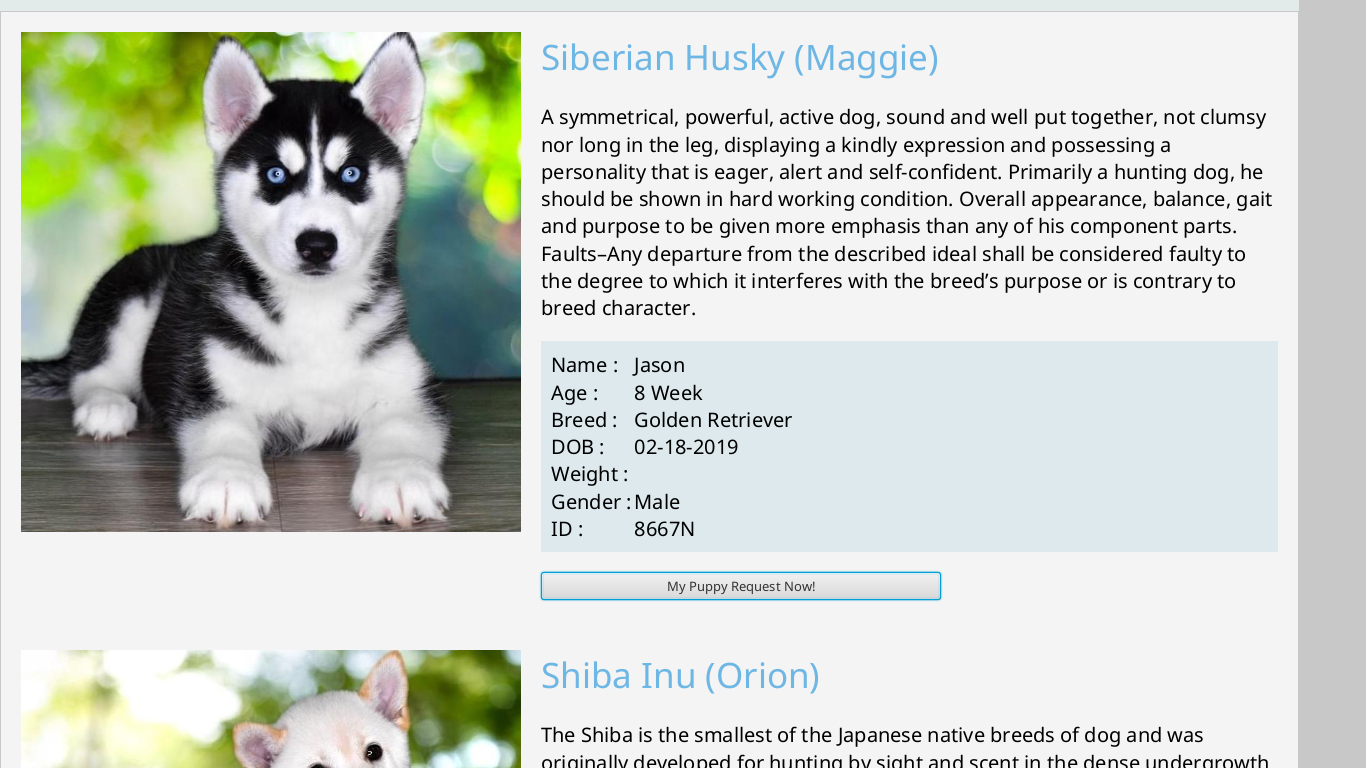
Repository: Cnibungco/CS2450
Program's window: java Assignment4/src/Nursery.java
An editor plug-in stored every save of this project. The program's window is shown before and after the next save, followed by the edit.
It runs on Java 21 on a 1366 x 768 screen with JavaFX 11; the title bar is not drawn. Parts beyond the screen are cut off. It also reads Assignment4/Pictures/dog1.jpg, Assignment4/Pictures/dog2.jpg.

Above is the program's window before, as saved 2019-05-05 18:30:18.

### Assignment4/src/Nursery.java
import javafx.application.Application;
import javafx.geometry.Insets;
import javafx.geometry.Pos;
import javafx.scene.Scene;
import javafx.stage.Stage;

import javafx.scene.layout.HBox;
import javafx.scene.layout.VBox;
import javafx.scene.text.Font;
import javafx.scene.text.Text;
import javafx.scene.control.Label;
import javafx.scene.control.Menu;
import javafx.scene.control.MenuBar;
import javafx.scene.control.MenuItem;
import javafx.scene.control.ScrollPane;
import javafx.scene.image.Image;
import javafx.scene.image.ImageView;
import javafx.scene.control.Button;


public class Nursery extends Application {

	private MenuBar menuBar;
	private Menu homeItem;
	private Menu aboutUs;
	private Menu dogsAvailable;
	private Menu gallery;
	private Menu contactUs;

	private MenuItem ranchHistory;
	private MenuItem kennels;
	private MenuItem puppies;
	private MenuItem adults;
	private MenuItem locationArea;
	private MenuItem map;

	public static void main(String[] args) {
		// TODO Auto-generated method stub
		launch(args);

	}

	@Override
	public void start(Stage primaryStage) throws Exception {
		// TODO Auto-generated method stub


		Label addressLabel = new Label("24083 SD HWY 50 CHAMBERLAIN, SD, 57325");
		addressLabel.setStyle("-fx-text-fill: white");
		Label emailLabel = new Label("mkwessel@hotmail.com");
		emailLabel.setStyle("-fx-text-fill: white");
		Label phoneLabel = new Label("1-605-680-3097");
		phoneLabel.setStyle("-fx-text-fill: white");

		HBox header1 = new HBox(20, phoneLabel, emailLabel, addressLabel);
		header1.setPadding(new Insets(10));
		header1.setAlignment(Pos.TOP_RIGHT);
		header1.setStyle("-fx-background-color:#7cbcbb");


		Label name1 = new Label("Siberians of");
		name1.setStyle("-fx-font-size:35; -fx-text-fill:#14265b");
		Label name2 = new Label("the Heartland");
		name2.setStyle("-fx-font-size:35; -fx-text-fill:#14265b");
		VBox nameVBox = new VBox(name1, name2);

		Button homeButton = new Button("Home");
		homeButton.setStyle("-fx-text-fill:#14265b");
		Button nurseryButton = new Button("Nursery");
		nurseryButton.setStyle("-fx-text-fill:#14265b");
		Button first8WeeksButton = new Button("First 8 Weeks");
		first8WeeksButton.setStyle("-fx-text-fill:#14265b");
		Button heartlandAdultsButton = new Button("Hearland Adults");
		heartlandAdultsButton.setStyle("-fx-text-fill:#14265b");
		Button adultsForSaleButton = new Button("Adults for Sale");
		adultsForSaleButton.setStyle("-fx-text-fill:#14265b");
		Button puppyGaleeryButton = new Button("Puppy Gallery");
		puppyGaleeryButton.setStyle("-fx-text-fill:#14265b");
		Button kennelsButton = new Button("Kennels");
		kennelsButton.setStyle("-fx-text-fill:#14265b");
		Button ranchHistoryButton = new Button("Ranch History");
		ranchHistoryButton.setStyle("-fx-text-fill:#14265b");
		Button shotsFAQButton = new Button("Shorts/FAQ");
		shotsFAQButton.setStyle("-fx-text-fill:#14265b");
		Button contactButton = new Button("Contact Us");
		contactButton.setStyle("-fx-text-fill:#14265b");
		Button ourArea = new Button("Our Area");
		ourArea.setStyle("-fx-text-fill:#14265b");
		Button commnetsButton = new Button("Comments");
		commnetsButton.setStyle("-fx-text-fill:#14265b");

		HBox tabHBox = new HBox(homeButton, nurseryButton, first8WeeksButton, heartlandAdultsButton, adultsForSaleButton, puppyGaleeryButton, kennelsButton, ranchHistoryButton, shotsFAQButton, contactButton, ourArea, commnetsButton);
		tabHBox.setAlignment(Pos.CENTER_RIGHT);

		menuBar = new MenuBar();
		homeItem = new Menu("Home");
		aboutUs = new Menu("About Us");
		dogsAvailable = new Menu("Dogs Available");
		gallery = new Menu("Gallery");
		contactUs = new Menu("Contact Us");
		menuBar.getMenus().add(homeItem);
		menuBar.getMenus().add(aboutUs);
		menuBar.getMenus().add(dogsAvailable);
		menuBar.getMenus().add(gallery);
		menuBar.getMenus().add(contactUs);
		HBox menuHBox = new HBox(menuBar);
		menuHBox.setAlignment(Pos.CENTER_RIGHT);

		buildAboutUsMenu();
		buildDogsAvailableMenu();
		buildContactUsMenu();


		HBox header2 = new HBox (120, nameVBox, menuHBox);
		header2.setPadding(new Insets(15));



		Label availablePuppies = new Label("Available Puppies");
		availablePuppies.setStyle("-fx-font-size:40; -fx-text-fill:#ef709b");
		HBox availablePuppiesHBox = new HBox(availablePuppies);
		availablePuppiesHBox.setStyle("-fx-background-color:#e3eaea");
		availablePuppiesHBox.setAlignment(Pos.CENTER);
		availablePuppiesHBox.setPadding(new Insets(10));


		Image dog1Image = new Image("file:Pictures/dog1.jpg");
		ImageView dog1ImageView = new ImageView(dog1Image);
		dog1ImageView.setFitHeight(500);
		dog1ImageView.setFitWidth(500);

		Label dog1Label = new Label("Siberian Husky (Maggie)");
		dog1Label.setStyle("-fx-font-size:35; -fx-text-fill:#6eb7e5");
		//goldenRetreverLabel.setFont(new Font(50));
		Text dog1Description = new Text("A symmetrical, powerful, active dog, sound and well put together, not clumsy \nnor long in the leg, displaying a kindly expression and possessing a \npersonality that is eager, alert and self-confident. Primarily a hunting dog, he\nshould be shown in hard working condition. Overall appearance, balance, gait \nand purpose to be given more emphasis than any of his component parts. \nFaults–Any departure from the described ideal shall be considered faulty to\nthe degree to which it interferes with the breed’s purpose or is contrary to\nbreed character.");
		dog1Description.setFont(new Font(20));


		Text dog1NationalCity = new Text("Name :\tJason\nAge :\t8 Week\nBreed :\tGolden Retriever\nDOB :\t02-18-2019\nWeight :\nGender :\tMale\nID :\t\t8667N");
		dog1NationalCity.setStyle("-fx-font-size:20");

		Button dog1RequestButton = new Button("My Puppy Request Now!");
		dog1RequestButton.setMinWidth(400);
		//dog1RequestButton.setStyle("-fx-background-color:#3da8ce");

		VBox dog1NationalCityVBox = new VBox(dog1NationalCity);
		dog1NationalCityVBox.setPadding(new Insets(10));
		dog1NationalCityVBox.setStyle("-fx-background-color:#dee9ed");

		VBox dog1DesVBox = new VBox(20, dog1Label, dog1Description,dog1NationalCityVBox, dog1RequestButton);

		HBox dog1HBox = new HBox(20, dog1ImageView, dog1DesVBox);
		dog1HBox.setPadding(new Insets(20));

	/*********************************************/

		Image dog2Image = new Image("file:Pictures/dog2.jpg");
		ImageView dog2ImageView = new ImageView(dog2Image);
		dog2ImageView.setFitHeight(500);
		dog2ImageView.setFitWidth(500);


		Label shibaLabel = new Label("Shiba Inu (Orion)");
		shibaLabel.setStyle("-fx-font-size:35; -fx-text-fill:#6eb7e5");
		//goldenRetreverLabel.setFont(new Font(50));
		Text dog2Description = new Text("The Shiba is the smallest of the Japanese native breeds of dog and was\noriginally developed for hunting by sight and scent in the dense undergrowth\nof Japan’s mountainous areas. Alert and agile with keen senses, he is also an\nexcellent watchdog and companion. His frame is compact with well-developed\nmuscles. Males and females are distinctly different in appearance: males are\nmasculine without coarseness, females are feminine without weakness of\nstructure.");
		dog2Description.setFont(new Font(20));

		Text dog2NationalCity = new Text("Name :\tOrion\nAge :\t10 Week\nBreed :\tShiba Inu\nDOB :\t02-16-2019\nWeight :\t6 lbs 2 oz\nGender :\tMale\nID :\t\t7538B");
		dog2NationalCity.setStyle("-fx-font-size:20");

		Button dog2RequestButton = new Button("My Puppy Request Now!");
		dog2RequestButton.setMinWidth(400);
		//dog1RequestButton.setStyle("-fx-background-color:#3da8ce");

		VBox dog2NationalCityVBox = new VBox(dog2NationalCity);
		dog2NationalCityVBox.setPadding(new Insets(10));
		dog2NationalCityVBox.setStyle("-fx-background-color:#dee9ed");

		VBox dog2DesVBox = new VBox(20, shibaLabel, dog2Description,dog2NationalCityVBox, dog2RequestButton);

		HBox dog2HBox = new HBox(20, dog2ImageView, dog2DesVBox);
		dog2HBox.setPadding(new Insets(20));





		VBox bodyVBox = new VBox(10, dog1HBox, dog2HBox);

		ScrollPane scrollPane = new ScrollPane(bodyVBox);
		scrollPane.setFitToHeight(true);

		VBox vbox = new VBox(header1, header2, availablePuppiesHBox, scrollPane);
		scrollPane.setFitToHeight(true);
		Scene scene = new Scene(vbox);
		primaryStage.setScene(scene);
		primaryStage.show();


	}

	private void buildContactUsMenu() {
		locationArea = new MenuItem("Location/Our Area");
		map = new MenuItem("Map");

		contactUs.getItems().add(locationArea);
		contactUs.getItems().add(map);

	}

	private void buildAboutUsMenu() {

		ranchHistory = new MenuItem("Ranch History");
		kennels = new MenuItem("Kennels");

		aboutUs.getItems().add(ranchHistory);
		aboutUs.getItems().add(kennels);


	}

	private void buildDogsAvailableMenu() {
		puppies = new MenuItem("Puppies");
		adults = new MenuItem("Adults");

		dogsAvailable.getItems().add(puppies);
		dogsAvailable.getItems().add(adults);
	}

}

After the next save:
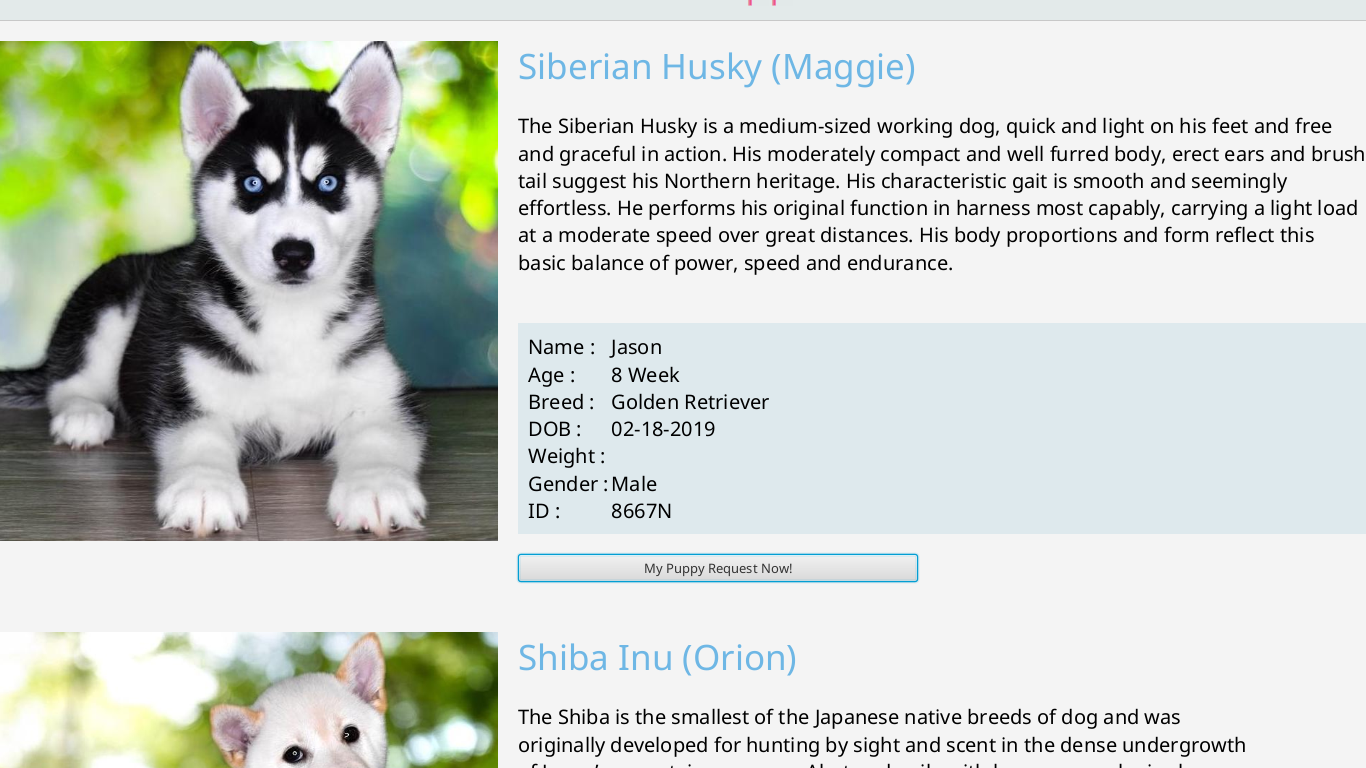
Saved 2 min 13 s later.
--- a/Assignment4/src/Nursery.java
+++ b/Assignment4/src/Nursery.java
@@ -132,7 +132,7 @@
 		Label dog1Label = new Label("Siberian Husky (Maggie)");
 		dog1Label.setStyle("-fx-font-size:35; -fx-text-fill:#6eb7e5");
 		//goldenRetreverLabel.setFont(new Font(50));
-		Text dog1Description = new Text("A symmetrical, powerful, active dog, sound and well put together, not clumsy \nnor long in the leg, displaying a kindly expression and possessing a \npersonality that is eager, alert and self-confident. Primarily a hunting dog, he\nshould be shown in hard working condition. Overall appearance, balance, gait \nand purpose to be given more emphasis than any of his component parts. \nFaults–Any departure from the described ideal shall be considered faulty to\nthe degree to which it interferes with the breed’s purpose or is contrary to\nbreed character.");
+		Text dog1Description = new Text("The Siberian Husky is a medium-sized working dog, quick and light on his feet and free\nand graceful in action. His moderately compact and well furred body, erect ears and brush\ntail suggest his Northern heritage. His characteristic gait is smooth and seemingly\neffortless. He performs his original function in harness most capably, carrying a light load\nat a moderate speed over great distances. His body proportions and form reflect this\nbasic balance of power, speed and endurance.\n");
 		dog1Description.setFont(new Font(20));
 
 
